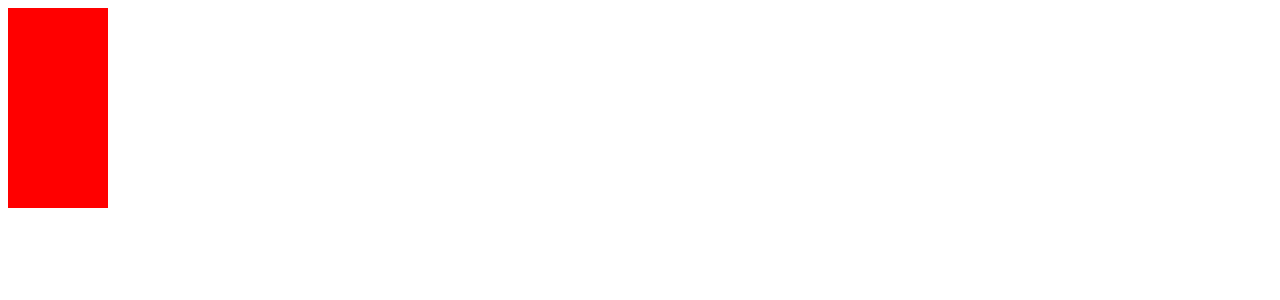
Repository: carrascomcesar/ShopIt
Page: i.html
These files come from the project's save history. The page is drawn as it stood at one moment and after the next save; the edit follows.
The browser window is 1280 px wide. The pictures show the whole page.

Above is the page before, as saved 2021-03-27 13:17:07.

### i.html
<!DOCTYPE html>
<html lang="en">
<head>
    <meta charset="UTF-8">
    <meta http-equiv="X-UA-Compatible" content="IE=edge">
    <meta name="viewport" content="width=device-width, initial-scale=1.0">
    <link rel="stylesheet" href="i.css">
    <title>Document</title>
</head>
<body>
    <div class="mybox"></div>
    <div class="mybox2"></div>
</body>
</html>

### i.css
.mybox {
  position: initial;
  width: 100px;
  height: 100px;
  background: red;
  left: 10px;
  top: 100px;
}
.mybox2 {
  position: initial;
  width: 100px;
  height: 100px;
  background: red;
  left: 10px;
  top: 100px;
}

After the next save:
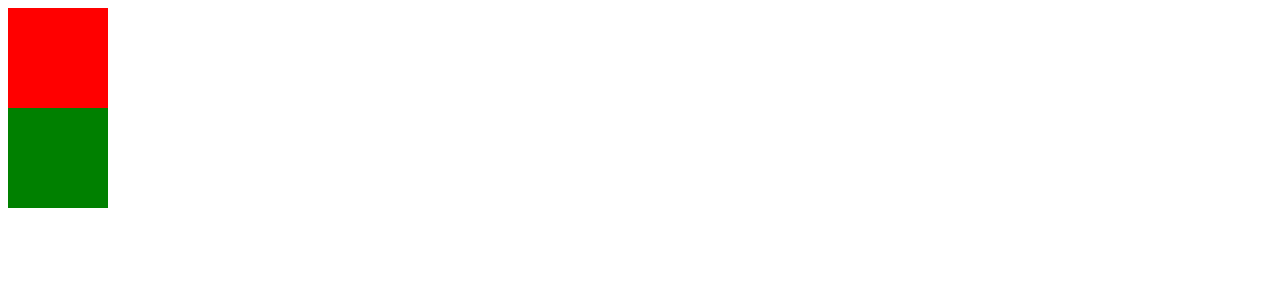
Saved 10 s later.
--- a/i.css
+++ b/i.css
@@ -10,7 +10,7 @@
   position: initial;
   width: 100px;
   height: 100px;
-  background: red;
+  background: green;
   left: 10px;
   top: 100px;
 }
